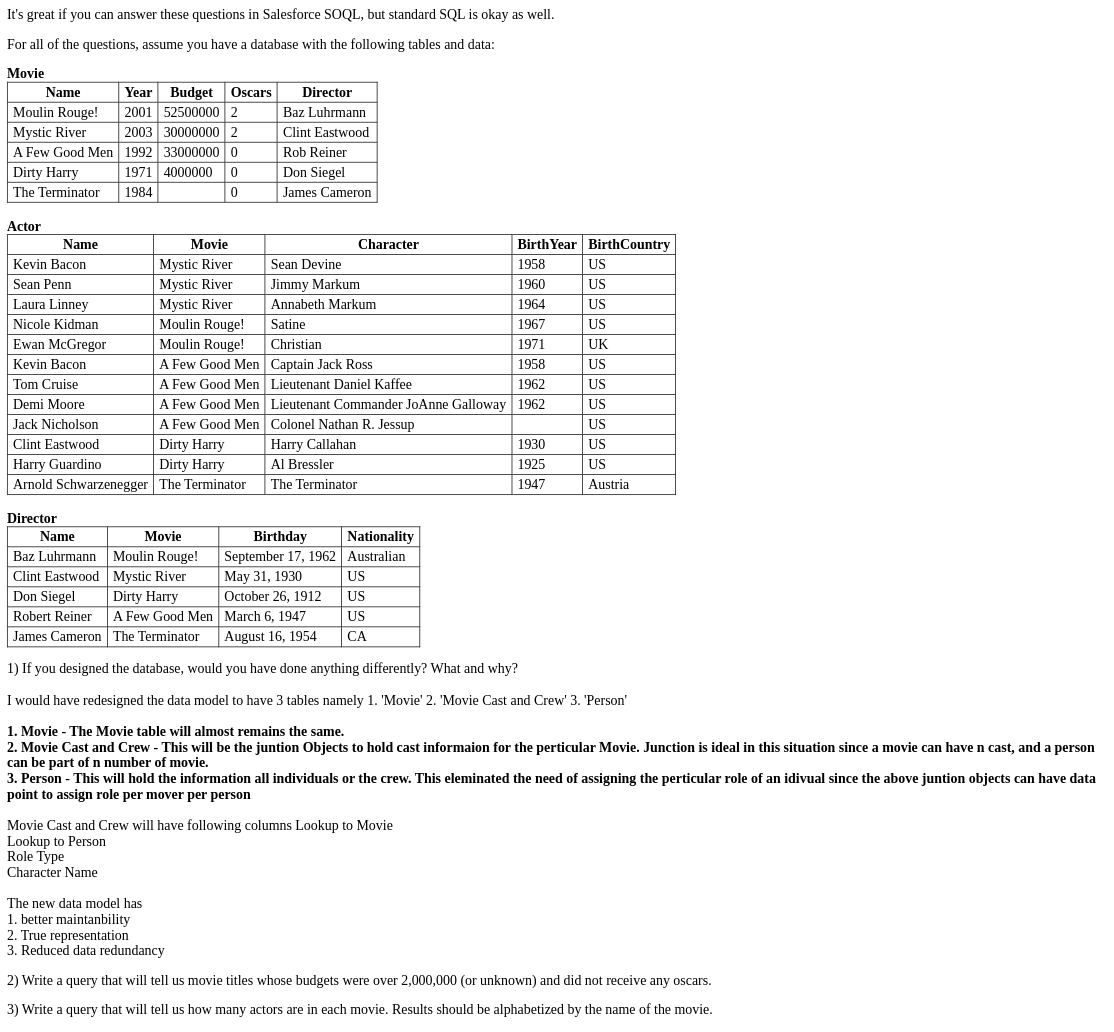
Repository: akhil33/AFFRM
Page: AFFIRM-NON-SFDC/Database.html
These files come from the project's save history. The page is drawn as it stood at one moment and after the next save; the edit follows.
The browser window is 1280 px wide. The pictures show the whole page, at 87% of full size.

Above is the page before, as saved 2022-04-07 21:12:38.

After the next save:
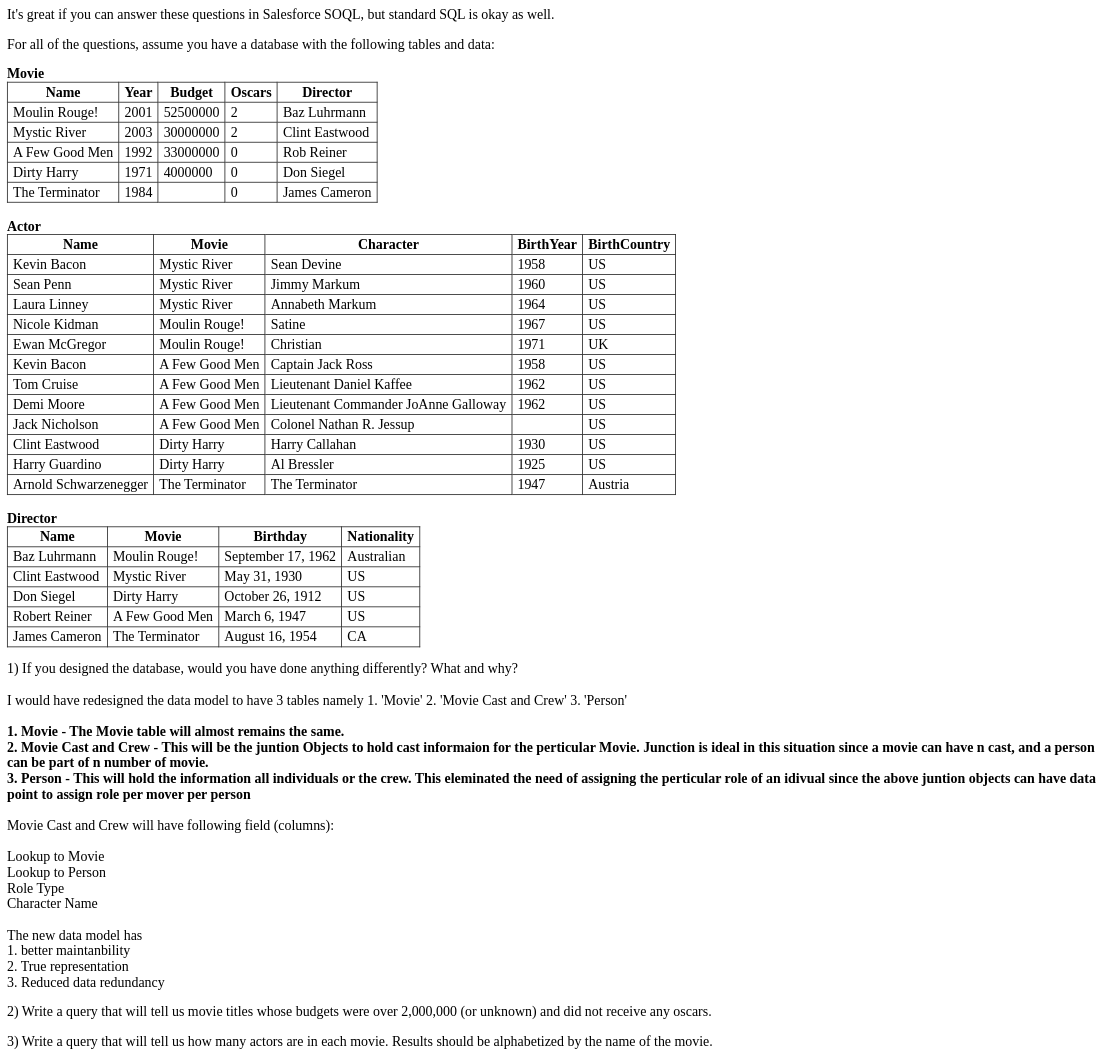
Saved 44 s later.
--- a/AFFIRM-NON-SFDC/Database.html
+++ b/AFFIRM-NON-SFDC/Database.html
@@ -203,7 +203,8 @@
 			2. Movie Cast and Crew - This will be the juntion Objects to hold cast informaion for the perticular Movie. Junction is ideal in this situation since a movie can have n cast, and a person can be part of n number of movie.<br>
 			3. Person - This will hold the information all individuals or the crew. This eleminated the need of assigning the perticular role of an idivual since the above juntion objects can have data point to assign role per mover per person
 			<br></strong><br>
-			Movie Cast and Crew will have following columns
+
+			Movie Cast and Crew will have following field (columns):<br><br>
 				Lookup to Movie 	<br>
 				Lookup to Person <br>
 				Role Type	<br>
